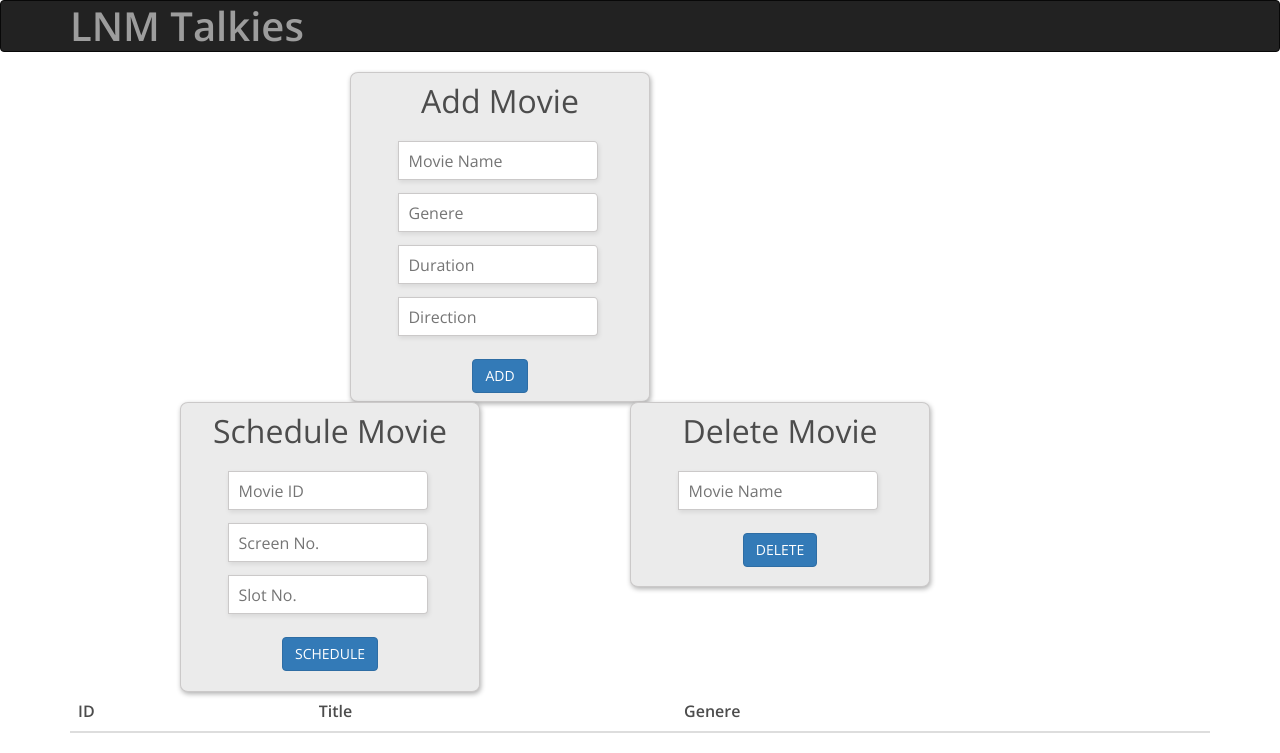
Repository: ilaydabykakova/MovieTicket
Page: http://localhost/MovieTicket/options.jsp
An editor plug-in stored every save of this project. The page is shown before and after the next save, followed by the edit.
The browser window is 1280 px wide. The pictures show the whole page.
Some web libraries are served in a nearby version. The page is served by Tomcat 9. Queries for data that is not in the repository find no rows.

Above is the page before, as saved 2020-09-27 14:03:28.

After the next save:
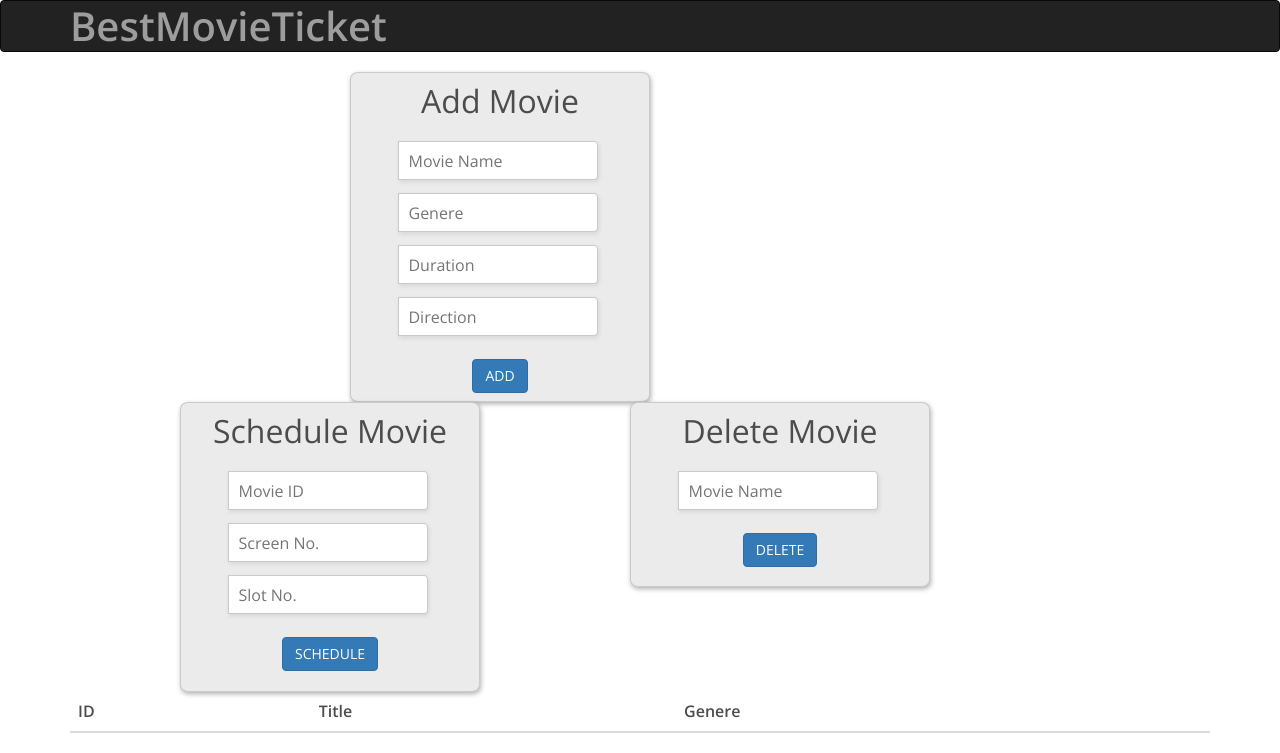
Saved 8 s later.
--- a/MovieTicket/WebContent/options.jsp
+++ b/MovieTicket/WebContent/options.jsp
@@ -23,7 +23,7 @@
 <nav class="navbar navbar-inverse">
   <div class="container">
     <div class="navbar-header">
-      <a class="navbar-brand" href="user.jsp" style="font-size: 40px;"><b>LNM Talkies</b></a>
+      <a class="navbar-brand" href="user.jsp" style="font-size: 40px;"><b>BestMovieTicket</b></a>
     </div>
   </div>
 </nav>
